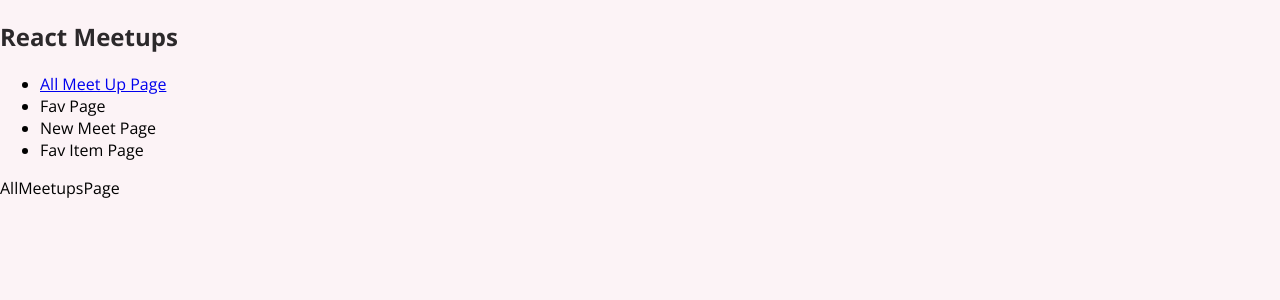
Repository: portretrieve/react-meetup-app
Page: /
The author's editor kept a copy of each file at every save. The page is drawn from the files as they stood at one save, then again after the next save.
The browser window is 1280 px wide. The pictures show the whole page.
The project was rebuilt for these pictures with package versions that can differ from the ones it lists, and the page was loaded fresh each time. A package was used in the major version that the imports need, not the one package.json lists. Also part of the build but not shown: src/pages/Favourites.js, src/pages/NewMeetup.js.

Above is the page before, as saved 2021-08-17 17:29:26.

### src/App.js
import { Route, Switch } from "react-router-dom";

import AllMeetupsPage from "./pages/AllMeetups";
import FavouritesPage from "./pages/Favourites";
import NewMeetupPage from "./pages/NewMeetup";
import ABC from "./pages/ABC";
import MainNavigation from "./components/layout/MainNavigation";

function App() {
  return (
    <div>
      <MainNavigation></MainNavigation>
      <Switch>
        <Route path="/" exact>
          <AllMeetupsPage />
        </Route>
        <Route path="/fav">
          <FavouritesPage />
        </Route>
        <Route path="/meet">
          <NewMeetupPage />
        </Route>
        <Route path="/fav-item">
          <ABC />
        </Route>
      </Switch>
    </div>
  );
}

export default App;

### src/pages/AllMeetups.js
import React from "react";

function AllMeetupsPage() {
  return <div>AllMeetupsPage</div>;
}

export default AllMeetupsPage;

### src/components/layout/MainNavigation.js
import { Link } from "react-router-dom";

function MainNavigation() {
  return (
    <header>
      <h2>React Meetups</h2>
      <nav>
        <ul>
          <li>
            <Link to="/">All Meet Up Page</Link>
          </li>
          <li>
            <a to="/fav">Fav Page</a>
          </li>
          <li>
            <a to="/meet">New Meet Page</a>
          </li>
          <li>
            <a to="/fav-item">Fav Item Page</a>
          </li>
        </ul>
      </nav>
    </header>
  );
}

export default MainNavigation;

Loaded but not shown: public/index.html (common file); src/index.js (common file); src/index.css (common file); src/pages/ABC.js (no stored copy; drawn as an empty file)

After the next save:
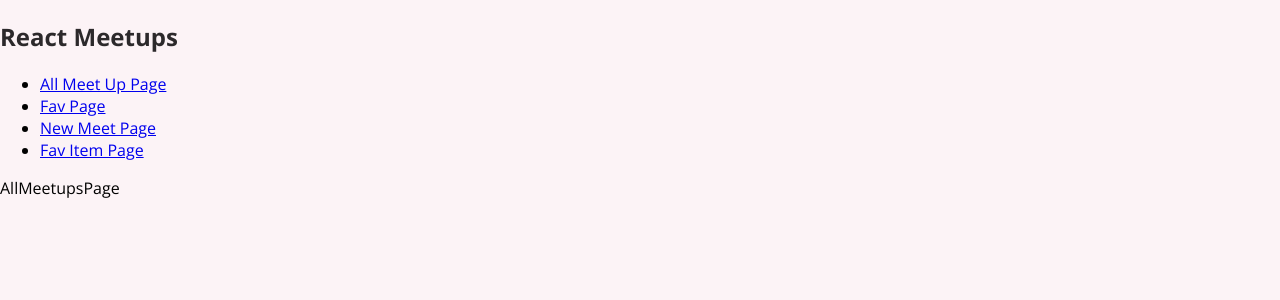
Saved 15 s later.
--- a/src/components/layout/MainNavigation.js
+++ b/src/components/layout/MainNavigation.js
@@ -10,13 +10,13 @@ function MainNavigation() {
             <Link to="/">All Meet Up Page</Link>
           </li>
           <li>
-            <a to="/fav">Fav Page</a>
+            <Link to="/fav">Fav Page</Link>
           </li>
           <li>
-            <a to="/meet">New Meet Page</a>
+            <Link to="/meet">New Meet Page</Link>
           </li>
           <li>
-            <a to="/fav-item">Fav Item Page</a>
+            <Link to="/fav-item">Fav Item Page</Link>
           </li>
         </ul>
       </nav>
